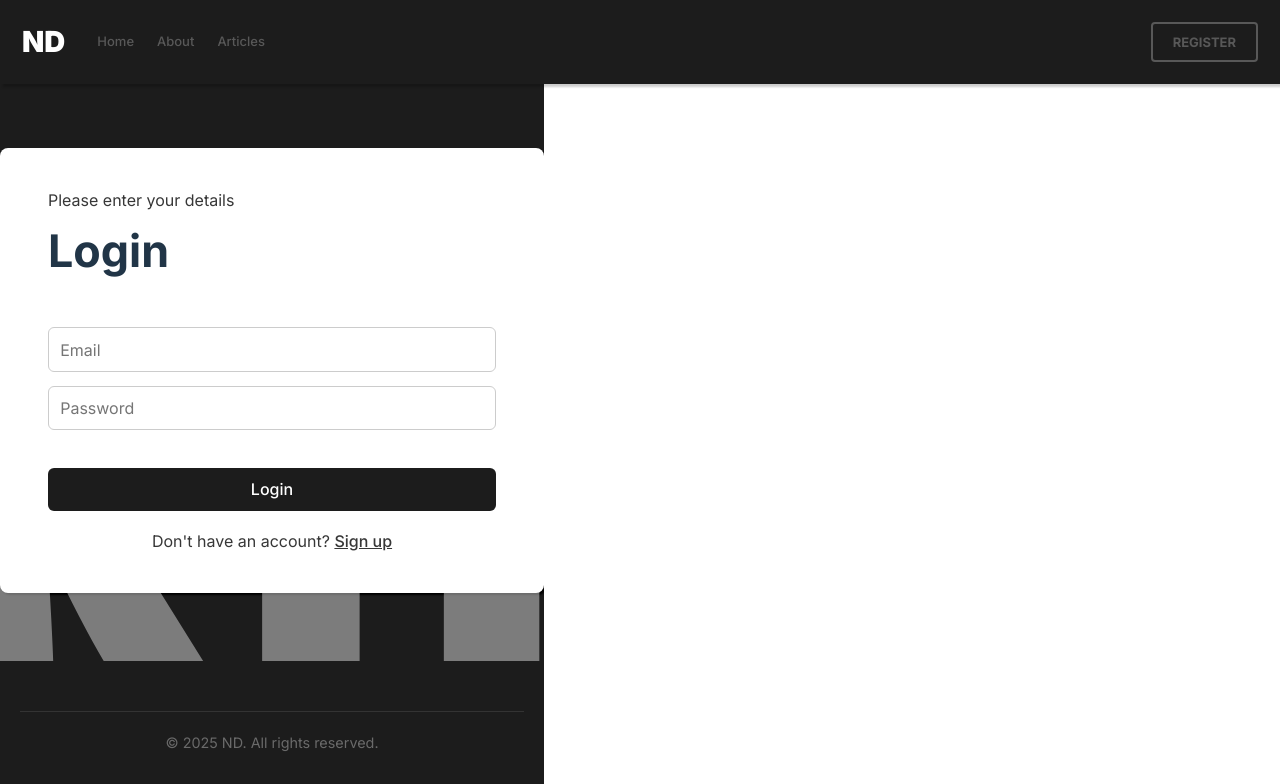
Repository: neomdavid/advancedwebprogramming
Page: /login
An editor plug-in stored every save of this project. The page is shown before and after the next save, followed by the edit.
The browser window is 1280 px wide. The pictures show the whole page.
The project was rebuilt for these pictures with package versions that can differ from the ones it lists, and the page was loaded fresh each time. Also part of the build but not shown: vite.config.js, src/styles/AboutPage.css, src/pages/AboutPAge.jsx, src/styles/ArticleList.css, src/article-content.js, src/components/ArticleList.jsx, src/pages/ArticleListPage.jsx, src/styles/ArticlePage.css and 7 more.

Above is the page before, as saved 2025-04-22 09:03:46.

### index.html
<!DOCTYPE html>
<html lang="en">
  <head>
    <meta charset="UTF-8" />
    <link rel="icon" type="image/svg+xml" href="/vite.svg" />
    <meta name="viewport" content="width=device-width, initial-scale=1.0" />
    <link rel="preconnect" href="https://fonts.googleapis.com" />
    <link rel="preconnect" href="https://fonts.gstatic.com" crossorigin />
    <link
      href="https://fonts.googleapis.com/css2?family=Inter:ital,opsz,wght@0,14..32,100..900;1,14..32,100..900&display=swap"
      rel="stylesheet"
    />
    <title>Vite + React</title>
  </head>
  <body>
    <div id="root"></div>
    <script type="module" src="/src/main.jsx"></script>
  </body>
</html>

### src/App.jsx
import "./App.css";
import Layout from "./components/Layout";
import AboutPage from "./pages/AboutPAge";
import ArticleListPage from "./pages/ArticleListPage";
import ArticlePage from "./pages/ArticlePage";
import HomePage from "./pages/HomePage";
import { createBrowserRouter, RouterProvider } from "react-router-dom";
import NotFoundPage from "./pages/NotFoundPage";
import LoginPage from "./pages/LoginPage";
import RegistrationPage from "./pages/RegistrationPage";
import WelcomePage from "./pages/WelcomePage";

const routes = [
  {
    path: "/",
    element: <Layout />,
    errorElement: <NotFoundPage />,
    children: [
      {
        path: "/",
        element: <HomePage />,
      },
      {
        path: "/about",
        element: <AboutPage />,
      },
      {
        path: "/articles",
        element: <ArticleListPage />,
      },
      {
        path: "/articles/:id",
        element: <ArticlePage />,
      },
      {
        path: "/login",
        element: <LoginPage />,
      },
      {
        path: "/register",
        element: <RegistrationPage />,
      },
      {
        path: "/welcome",
        element: <WelcomePage />,
      },
    ],
  },
];

const router = createBrowserRouter(routes);

function App() {
  return (
    <>
      <RouterProvider router={router} />
    </>
  );
}

export default App;

### src/App.css
* {
  margin: 0;
  padding: 0;
  font-family: "Inter";
}

button {
  padding: 0;
  margin: 0;
  border: none;
}

nav a,
a {
  color: inherit;
  text-decoration: none;
}
nav ul {
  list-style: none;
  padding: 0;
  margin: 0;
}
.heading {
  font-size: 2.5rem;
  margin-bottom: 1.5rem;
  color: rgb(51, 51, 51);
}

.content {
  line-height: 1.6;
  margin-bottom: 1.5rem;
  font-size: 1.1rem;
}

.outlet-container {
  margin-top: 80px;
}
footer {
  background-color: #1c1c1c;
  color: white;
  display: flex;
  flex-direction: column;
  align-items: center;
  padding: 30px 20px;
  gap: 30px;
  text-align: center;
}

.footer-item-container {
  display: grid;
  grid-template-columns: 1fr;
  gap: 30px;
  width: 100%;
  max-width: 1200px;
}

.footer-item {
  margin-bottom: 20px;
}

.footer-item h2 {
  font-size: 1.1rem;
  margin-bottom: 15px;
  text-transform: uppercase;
  color: #c7c7c7;
}

.footer-item p {
  margin: 8px 0;
  color: #a8a8a8;
}

.social-links {
  display: flex;
  flex-direction: column;
  gap: 8px;
}

.social-links a {
  color: #a8a8a8;
  display: flex;
  align-items: center;
  gap: 8px;
  justify-content: center;
  text-decoration: none;
  transition: color 0.3s ease;
}

.social-links a:hover {
  color: white;
}

.footer-copyright {
  margin-top: 20px;
  color: #6a6a6a;
  font-size: 0.9rem;
  width: 100%;
  border-top: 1px solid #333;
  padding-top: 20px;
}

@media (min-width: 768px) {
  .footer-item-container {
    grid-template-columns: repeat(4, 1fr);
    text-align: center;
  }

  .social-links {
    align-items: center;
  }

  .footer-item {
    margin-bottom: 0;
  }
}

### src/components/Layout.jsx
import { Outlet } from "react-router-dom";
import Navbar from "./Navbar";
import "../App.css";
import Footer from "./Footer";
const Layout = () => {
  return (
    <>
      <Navbar />
      <div className="outlet-container">
        <Outlet />
      </div>

      <Footer />
    </>
  );
};

export default Layout;

### src/pages/LoginPage.jsx
import React, { useState } from "react";
import "../styles/LoginPage.css";
import { Link, useNavigate } from "react-router-dom";

const LoginPage = () => {
  const [email, setEmail] = useState("");
  const [password, setPassword] = useState("");
  const navigate = useNavigate();

  const handleSubmit = (e) => {
    e.preventDefault();
    const name = email.split("@")[0]; // simple dummy name from email
    console.log("Login submitted: ", { email, password });

    // Navigate to Welcome page and pass name
    navigate("/welcome", { state: { name } });
  };

  return (
    <main>
      <div className="card">
        <div className="card-bg">
          <p>ND</p>
        </div>
        <div className="card-bg-2">
          <p>ND</p>
        </div>
        <p>Please enter your details</p>
        <h2>Login</h2>
        <input
          type="email"
          required
          placeholder="Email"
          value={email}
          onChange={(e) => setEmail(e.target.value)}
          className="input"
        />
        <input
          type="password"
          required
          placeholder="Password"
          value={password}
          onChange={(e) => setPassword(e.target.value)}
          className="input"
        />
        <button onClick={handleSubmit} className="login-button">
          Login
        </button>
        <p className="signup-text">
          Don't have an account? <Link to={"/register"}>Sign up</Link>
        </p>
      </div>
    </main>
  );
};

export default LoginPage;

### src/components/Navbar.jsx
import React from "react";
import { Link, NavLink, useLocation } from "react-router-dom";
import Button from "./Button";
import "../styles/Navbar.css";

const Navbar = () => {
  const { pathname } = useLocation();

  // Logic to determine which button to show
  const showLogin = pathname === "/register";
  const showRegister = pathname === "/login";

  return (
    <nav className="">
      <div className="left-section">
        <div className="logo">
          <h1>
            N<span>D</span>
          </h1>
        </div>
        <ul>
          <li>
            <NavLink
              to="/"
              className={({ isActive }) =>
                isActive ? "nav-link active" : "nav-link"
              }
            >
              Home
            </NavLink>
          </li>
          <li>
            <NavLink
              to="/about"
              className={({ isActive }) =>
                isActive ? "nav-link active" : "nav-link"
              }
            >
              About
            </NavLink>
          </li>
          <li>
            <NavLink
              to="/articles"
              className={({ isActive }) =>
                isActive ? "nav-link active" : "nav-link"
              }
            >
              Articles
            </NavLink>
          </li>
        </ul>
      </div>

      {/* Conditionally render the login/register button */}
      {showLogin && (
        <Link to="/login">
          <Button>
            <p>Login</p>
          </Button>
        </Link>
      )}
      {showRegister && (
        <Link to="/register">
          <Button>
            <p>Register</p>
          </Button>
        </Link>
      )}
    </nav>
  );
};

export default Navbar;

### src/components/Footer.jsx
import React from "react";
import { FaInstagram, FaFacebookF, FaTwitter, FaYoutube } from "react-icons/fa";
import { useLocation } from "react-router-dom";

const Footer = () => {
  const currentPath = useLocation().pathname;
  console.log(currentPath);
  return (
    <footer>
      {!["/login", "/register"].includes(currentPath) ? (
        <>
          {" "}
          <h1>Look Good. Feel Good. Do Good</h1>
          <div className="footer-item-container">
            <div className="footer-item">
              <h2>Connect</h2>
              <div className="social-links">
                <a href="#">
                  <FaInstagram /> Instagram
                </a>
                <a href="#">
                  <FaFacebookF /> Facebook
                </a>
                <a href="#">
                  <FaTwitter /> Twitter
                </a>
                <a href="#">
                  <FaYoutube /> YouTube
                </a>
              </div>
            </div>

            <div className="footer-item">
              <h2>Locations</h2>
              <p>Makati City</p>
              <p>Cebu City</p>
              <p>Davao City</p>
              <p>Baguio City</p>
            </div>

            <div className="footer-item">
              <h2>Customer Care</h2>
              <p>Contact Us</p>
              <p>FAQs</p>
              <p>Shipping Policy</p>
              <p>Returns & Exchanges</p>
            </div>

            <div className="footer-item">
              <h2>Company</h2>
              <p>About Us</p>
              <p>Sustainability</p>
              <p>Careers</p>
              <p>Press</p>
            </div>
          </div>
        </>
      ) : (
        <></>
      )}

      <div className="footer-copyright">
        <p>&copy; {new Date().getFullYear()} ND. All rights reserved.</p>
      </div>
    </footer>
  );
};

export default Footer;

### src/components/Button.jsx
import "../styles/Button.css";
const Button = ({ children, onClick }) => {
  return (
    <button className="custom-button" onClick={onClick}>
      {children}
    </button>
  );
};

export default Button;

### src/styles/LoginPage.css
main {
  display: flex;
  justify-content: center;
  align-items: center;
  background-color: #1c1c1c;
  height: 80.7vh;
  position: relative;
  overflow: hidden;
}
.card {
  display: flex;
  flex-direction: column;
  background-color: white;
  padding: 2.5rem 3rem;
  border-radius: 8px;
  box-shadow: 2px 2px 2px rgba(0, 0, 0, 1);
  gap: 6px;
  width: 35vw;
  min-width: 250px;
  max-width: 500px;
  z-index: 4;
}

.card p {
  color: #373737;
  font-weight: 400;
}
.card h2 {
  font-size: 2.8rem;
  margin-bottom: 8%;
}
.input {
  padding: 0.7rem;
  font-size: 1rem;
  border: 1px solid #ccc;
  border-radius: 6px;
  outline: none;
  transition: border-color 0.3s ease;
  margin-bottom: 8px;
}

.input:focus {
  border-color: #1c1c1c;
}

.login-button {
  margin-top: 1.5rem;
  padding: 0.7rem;
  font-size: 1rem;
  background-color: #1c1c1c;
  color: white;
  border: none;
  border-radius: 6px;
  cursor: pointer;
  transition: background-color 0.3s ease;
}

.login-button:hover {
  background-color: #333;
}

.signup-text {
  text-align: center;
  margin-top: 12px;
}
.signup-text a {
  text-decoration: underline;
}
.signup-text a:hover {
  color: rgba(0, 0, 0, 0.329);
}

.card-bg {
  position: absolute;
  z-index: -1;
  right: -20rem;
}
.card-bg p {
  font-size: 40rem;
  color: rgba(255, 255, 255, 0.425);
  font-weight: bold;
  z-index: 1;
}

.card-bg-2 {
  position: absolute;
  z-index: -1;
  top: 0;
  left: -20rem;
}
.card-bg p {
  font-size: 40rem;
  color: rgba(255, 255, 255, 0.425);
  font-weight: bold;
  z-index: 1;
}

### src/styles/Navbar.css
nav {
  background-color: #1c1c1c;
  display: flex;
  justify-content: space-between;
  align-items: center;
  color: #ffffff;
  padding: 22px 22px;
  box-shadow: 3px 3px 2px rgba(0, 0, 0, 0.2);
  position: fixed;
  top: 0;
  left: 0;
  right: 0;
  z-index: 100000;
}
ul {
  display: flex;
  align-items: center;
  gap: 23px;
  font-size: small;
  font-weight: 600;
}
.left-section {
  display: flex;
  gap: 32px;
}

.logo h1 {
  font-weight: 900;
  font-size: 29px;
}
.logo span {
  font-weight: 900;
}

.nav-link {
  color: #585858;
  transition: all 0.3s;
}
.nav-link.active {
  color: white;
}
.nav-link:hover {
  color: #afafaf;
}
.nav-link.active:hover {
  color: white;
}

### src/styles/Button.css
.custom-button {
  padding: 10px 20px;
  background-color: transparent;
  border: solid 2px #585858;
  border-radius: 4px;
  color: #585858;
  text-transform: uppercase;
  font-weight: bold;
  font-size: small;
  transition: all 0.3s ease;
}
.custom-button:hover {
  cursor: pointer;
  border: solid 2px rgba(255, 255, 255, 0.811);
  color: rgba(255, 255, 255, 0.811);
  border-radius: 8px;
}

Loaded but not shown: src/main.jsx (common file); src/index.css (common file)

After the next save:
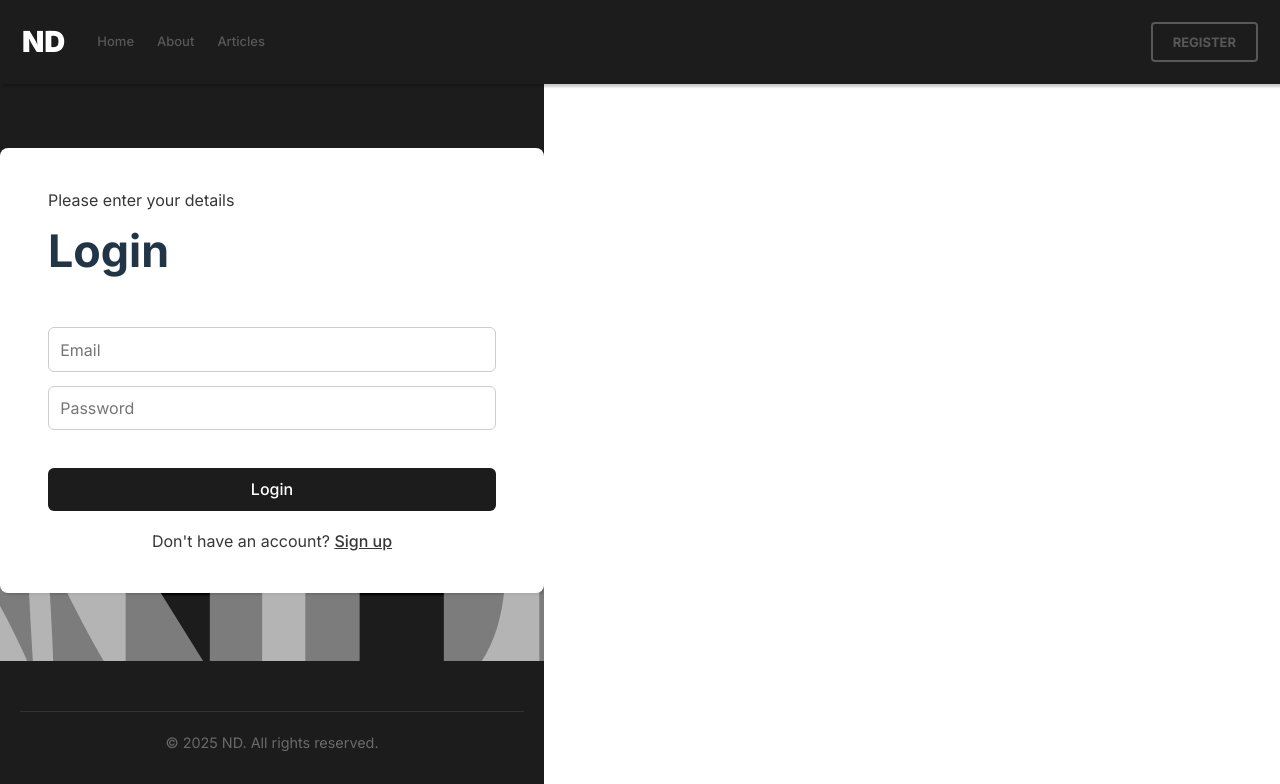
Saved 11 s later.
--- a/src/styles/LoginPage.css
+++ b/src/styles/LoginPage.css
@@ -88,7 +88,7 @@ main {
   top: 0;
   left: -20rem;
 }
-.card-bg p {
+.card-bg-2 p {
   font-size: 40rem;
   color: rgba(255, 255, 255, 0.425);
   font-weight: bold;
